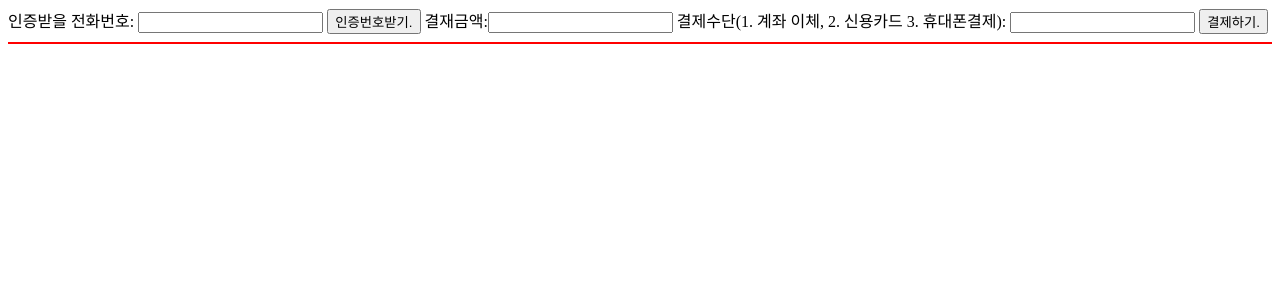
Repository: Yusubin/springEx
Page: http://localhost/spring04/ajax1.jsp
An editor plug-in stored every save of this project. The page is shown before and after a run of saves, followed by the edit.
The browser window is 1280 px wide. The pictures show the whole page.
The page is served by Tomcat 9.

Above is the page before, as saved 2022-02-17 08:45:17.
Console error: SyntaxError: Unexpected identifier 'payment'

After the next 2 saves:
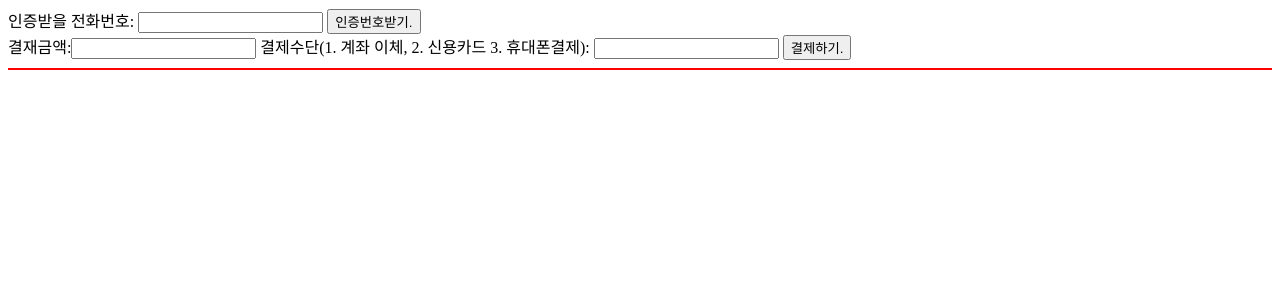
The 2 saves are shown as one change because they came seconds apart.
The last was saved 29 s later.
--- a/spring04/src/main/webapp/ajax1.jsp
+++ b/spring04/src/main/webapp/ajax1.jsp
@@ -51,13 +51,14 @@ $(function(){
 </script>
 </head>
 <body>
+
 인증받을 전화번호:
 <input type="text" id="tel">
-<button id="b1">인증번호받기.</button>
+<button id="b1">인증번호받기.</button><br>
 
 결재금액:<input type="text" id="money">
 결제수단(1. 계좌 이체, 2. 신용카드 3. 휴대폰결제): <input type="text" id="choice">
-<button id="b2">결제하기.</button>
+<button id="b2">결제하기.</button><br>
 
 <hr color="red">
 <div id="result"></div>
